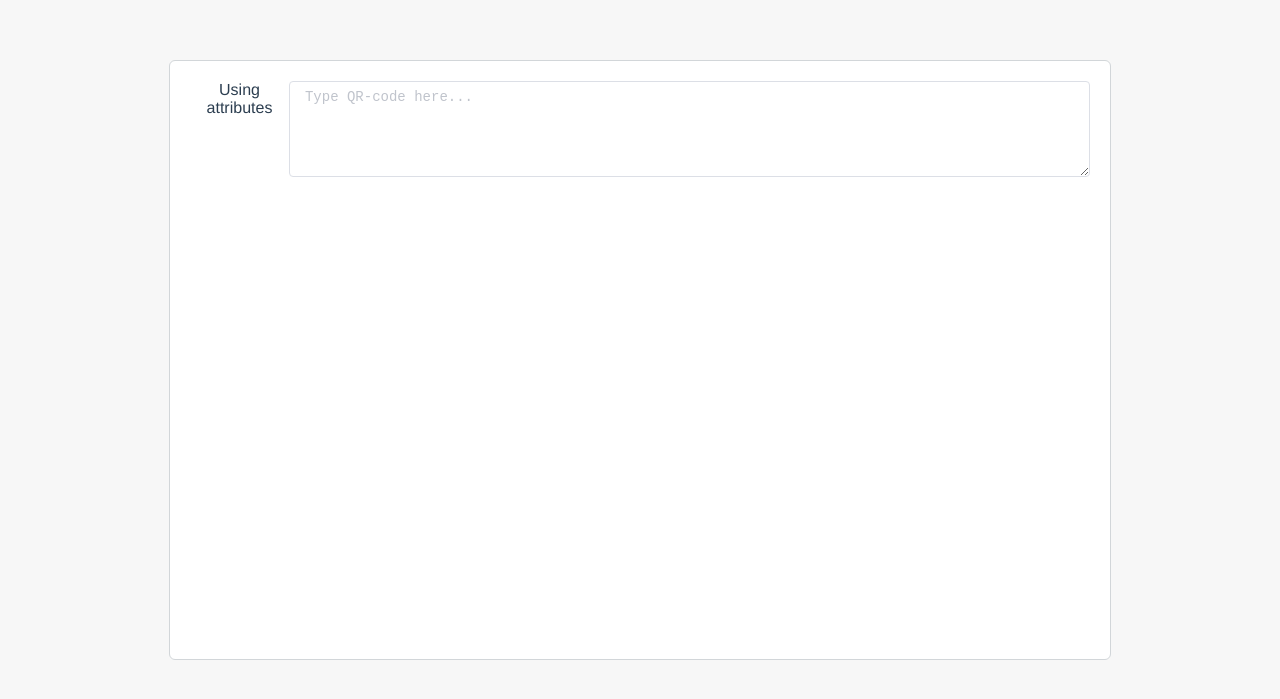
Repository: dvasyliev/qrcode_parser
Page: /
These files come from the project's save history. The page is drawn as it stood at one moment and after the next save; the edit follows.
The browser window is 1280 px wide. The pictures show the whole page.
The project was rebuilt for these pictures with package versions that can differ from the ones it lists, and the page was loaded fresh each time.

Above is the page before, as saved 2018-08-26 10:12:45.

### index.html
<!DOCTYPE html>
<html>
  <head>
    <meta charset="utf-8">
    <meta name="viewport" content="width=device-width,initial-scale=1.0">
    <title>test_qrcode_parser</title>
  </head>
  <body>
    <div id="app"></div>
    <!-- built files will be auto injected -->
  </body>
</html>

### src/main.js
// The Vue build version to load with the `import` command
// (runtime-only or standalone) has been set in webpack.base.conf with an alias.
import Vue from 'vue'
import App from './App'

import ElementUI from 'element-ui'
import 'element-ui/lib/theme-chalk/index.css'

Vue.use(ElementUI)
Vue.config.productionTip = false

/* eslint-disable no-new */
new Vue({
  el: '#app',
  components: { App },
  template: '<App/>'
})

### src/App.vue
<template>
  <div id="app">
    <div class="page">
      <div class="page__inner">
        <span class="demo-input-label">Using attributes</span>
        <el-input
          v-model="qrcode"
          type="textarea"
          placeholder="Type QR-code here..."
          :rows="4"
          :autosize="false"/>
      </div>
    </div>
  </div>
</template>

<script>
export default {
  name: 'App',

  data() {
    return {
      qrcode: ''
    }
  }
}
</script>

<style lang="scss">
html,
body {
  margin: 0;
  padding: 0;
}

#app {
  font-family: 'Avenir', Helvetica, Arial, sans-serif;
  -webkit-font-smoothing: antialiased;
  -moz-osx-font-smoothing: grayscale;
  text-align: center;
  color: #2c3e50;
}

.page {
  display: flex;
  flex-direction: column;
  min-height: 100vh;
  box-sizing: border-box;
  padding: 60px 0;
  background-color: #F7F7F7;

  &__inner {
    display: flex;
    flex-grow: 1;
    width: 100%;
    max-width: 900px;
    margin: 0 auto;
    padding: 20px;
    background-color: #FFFFFF;
    border: 1px solid #D2D6D9;
    border-radius: 6px;
  }
}
</style>

After the next save:
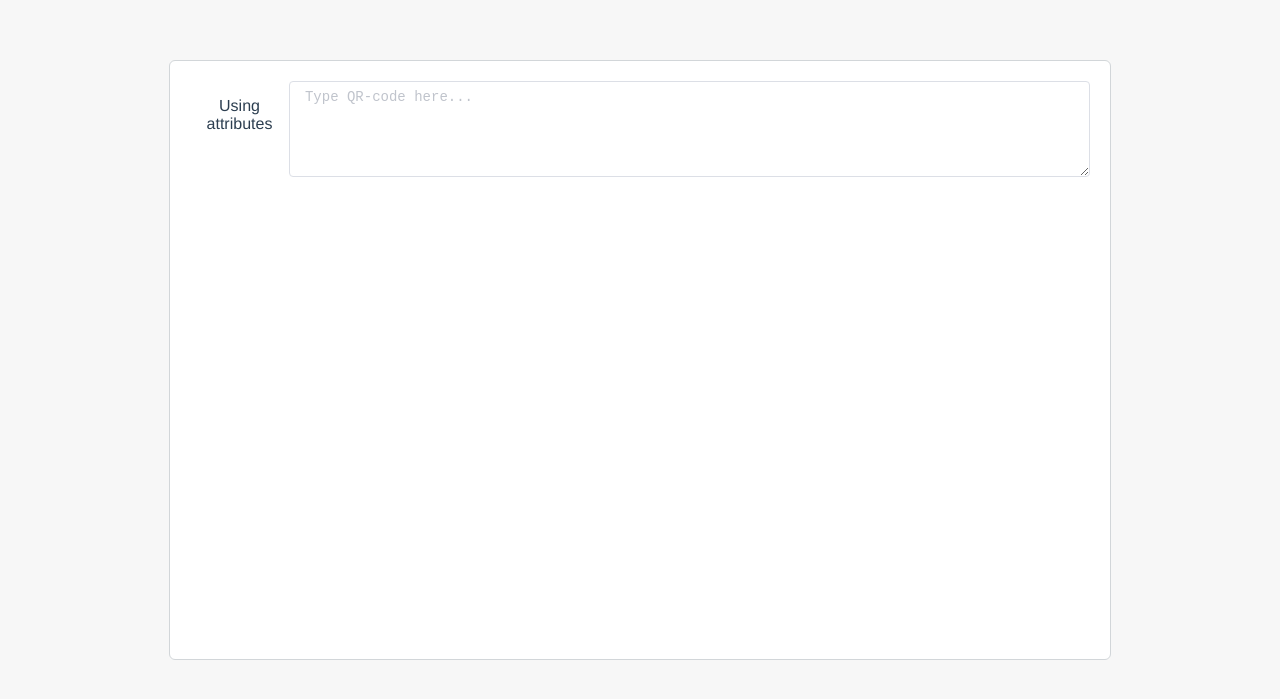
Saved 8 s later.
--- a/src/App.vue
+++ b/src/App.vue
@@ -2,7 +2,7 @@
   <div id="app">
     <div class="page">
       <div class="page__inner">
-        <span class="demo-input-label">Using attributes</span>
+        <p class="demo-input-label">Using attributes</p>
         <el-input
           v-model="qrcode"
           type="textarea"
